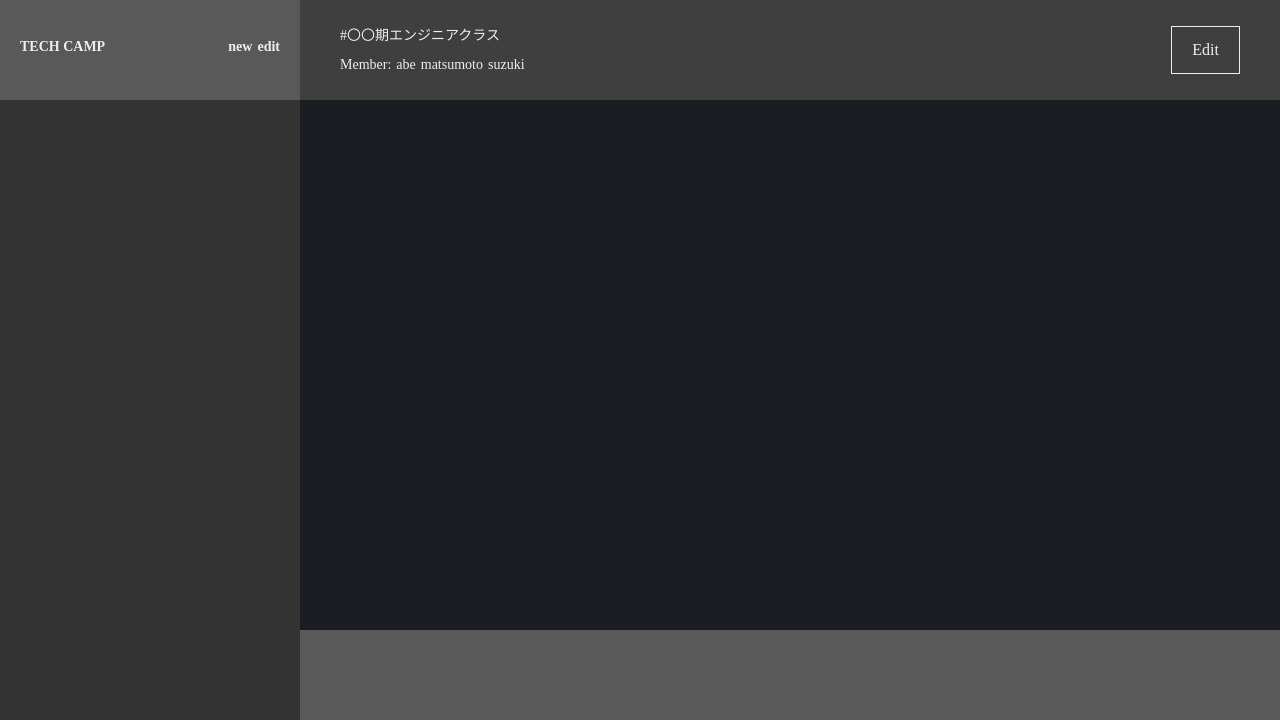
Repository: m-mao/firsa_app
Page: html_css/chat-app/index.html
The author's editor kept a record of every edit. The page is drawn from the files as they stood at one moment, then again after the next edit.
The browser window is 1280 px wide. The pictures show the whole page.

Above is the page before.

### html_css/chat-app/index.html
<!DOCTYPE html>
<html>
<head>
    <meta charset="UTF-8">
    <link rel="stylesheet" href="reset.css">
    <link rel="stylesheet" href="style.css">
    <title>chat-app</title>
</head>
<body>
    <div class="wrapper">
        <div class="chat-side">
            <div class="side-header">
                <div class="side-box">
                    <p class="user-name">TECH CAMP</p>
                    <div class="menu">
                        <div class="new-group"><a href="#">new</a></div>
                        <div class="edit-user"><a href="#">edit</a></div>
                    </div>
                </div>
            </div>
            <div class="groups">
            </div>
        </div>
        <div class="chat-main">
            <div class="main-header">
                <div class="header-leftbox">
                    <h2 class="current-group">#〇〇期エンジニアクラス</h2>
                    <ul class="member-list">Member:
                        <li class="member">abe</li>
                        <li class="member">matsumoto</li>
                        <li class="member">suzuki</li>
                    </ul>
                </div>
                <a class="edit-btn" href="#">Edit</a>
            </div>
            <div class="messages">
            </div>
            <div class="forms">
            </div>
        </div>
    </div>
</body>
</html>

### html_css/chat-app/reset.css
/* http://meyerweb.com/eric/tools/css/reset/
   v2.0 | 20110126
   License: none (public domain)
*/

html, body, div, span, applet, object, iframe,
h1, h2, h3, h4, h5, h6, p, blockquote, pre,
a, abbr, acronym, address, big, cite, code,
del, dfn, em, img, ins, kbd, q, s, samp,
small, strike, strong, sub, sup, tt, var,
b, u, i, center,
dl, dt, dd, ol, ul, li,
fieldset, form, label, legend,
table, caption, tbody, tfoot, thead, tr, th, td,
article, aside, canvas, details, embed,
figure, figcaption, footer, header, hgroup,
menu, nav, output, ruby, section, summary,
time, mark, audio, video {
	margin: 0;
	padding: 0;
	border: 0;
	font-size: 100%;
	font: inherit;
	vertical-align: baseline;
}
/* HTML5 display-role reset for older browsers */
article, aside, details, figcaption, figure,
footer, header, hgroup, menu, nav, section {
	display: block;
}

* {
	box-sizing: border-box;
}

html {
  font-size: 62.5%;
}

body {
	line-height: 1;
	font-size: 1.4rem;
}

ol, ul {
	list-style: none;
}
blockquote, q {
	quotes: none;
}
blockquote:before, blockquote:after,
q:before, q:after {
	content: '';
	content: none;
}
table {
	border-collapse: collapse;
	border-spacing: 0;
}

### html_css/chat-app/style.css
.wrapper {
 height: 100vh;
 display: flex;
}

.chat-side {
 width: 300px;
 background-color: #333333;
}

.side-header {
 height: 100px;
 background-color: #595959;
 display: flex;
 align-items: center;
}

.groups {
 height: class(100vh - 100px);
 background-color: #333333;
}

.chat-main {
 width: calc(100% - 300px);
 background-color: #1a1d21;
}

.main-header {
 height: 100px;
 background-color: #3f3f3f;
 display: flex;
 justify-content: space-between;
 align-items: center;
 padding: 0 40px;
}

.messages {
 height: calc(100vh - 190px);
 background-color: #1a1d21;
}

.forms {
 height: 90px;
 background-color: #595959;
}

.side-box {
 width: 260px;
 height: 20px;
 margin: 0 20px;
 display: flex;
 justify-content: space-between;
 font-weight: bold;
}

.user-name {
 color: #eeeeee;
}

a {
 text-decoration: none;
 color: #eeeeee;
}

.menu {
 display: flex;
}

.new-group {
 margin-right: 5px;
}

.current-group {
 color: #eeeeee;
 margin-bottom: 15px;
 size: 20px;
}

.header-leftbox {
 flex-direction: colomn;
}

.member-list {
 color: #eeeeee;
 size: 12px;
 display: flex;
}

.member {
 margin-left: 5px;
}

.edit-btn {
 font-size: 16px;
 border: 1px solid #eeeeee;
 padding: 15px 20px;
}

.new-message {

}

.input-text {
 width: 500px;
 padding: 0 15px;
 border: 1px solid white;
 display: block;
}

.submit-btn {

}

After the next edit:
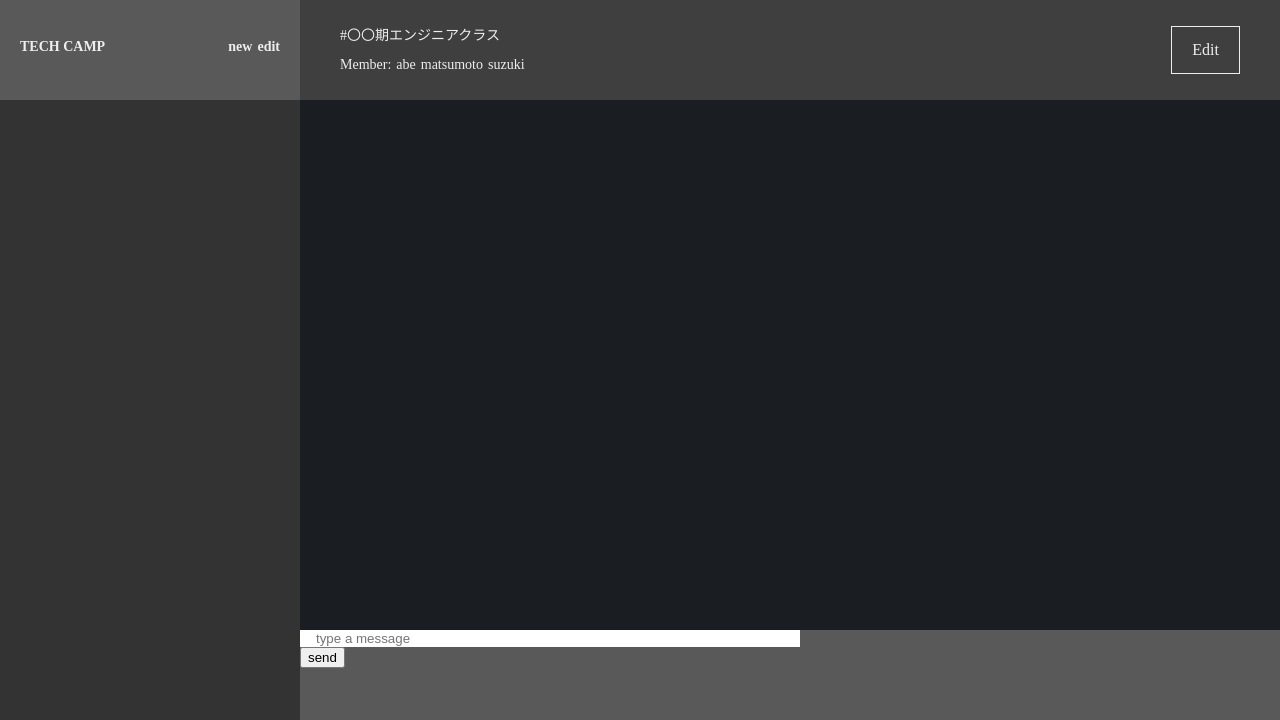
The edit:
--- a/html_css/chat-app/index.html
+++ b/html_css/chat-app/index.html
@@ -36,6 +36,10 @@
             <div class="messages">
             </div>
             <div class="forms">
+                <form class="new-message">
+                    <input class="input-text" type="text" placeholder="type a message">
+                    <input class="submit-btn" type="submit" value="send">
+                </form>
             </div>
         </div>
     </div>
